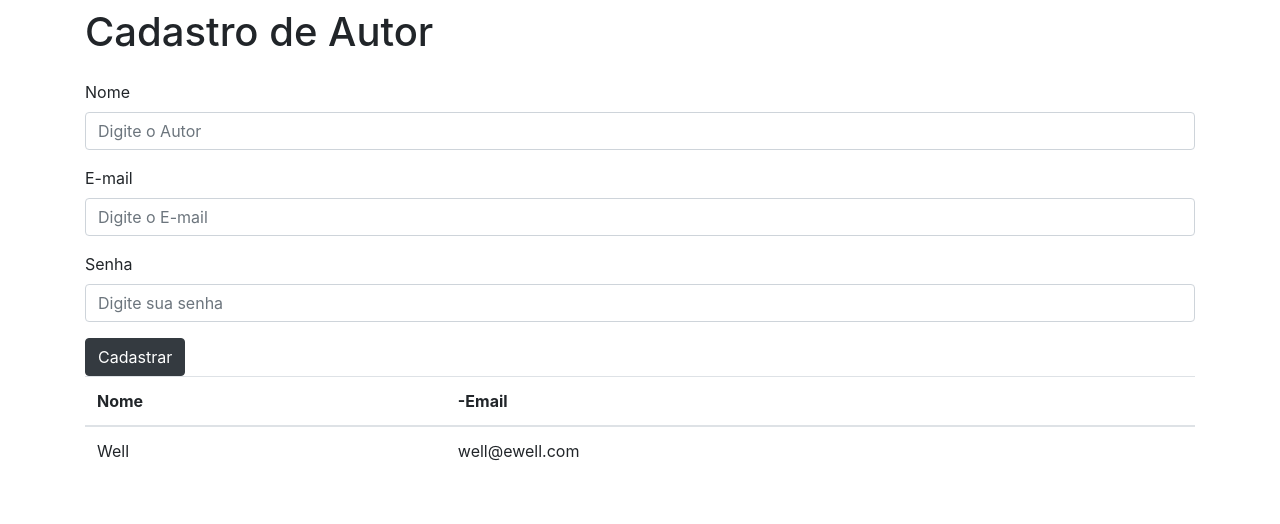
Repository: wellersonfc/simple-crud-react
Page: /
The author's editor kept a copy of each file at every save. The page is drawn from the files as they stood at one save, then again after the next save.
The browser window is 1280 px wide. The pictures show the whole page.
The project was rebuilt for these pictures with package versions that can differ from the ones it lists, and the page was loaded fresh each time.

Above is the page before, as saved 2019-09-22 16:13:54.

After the next save:
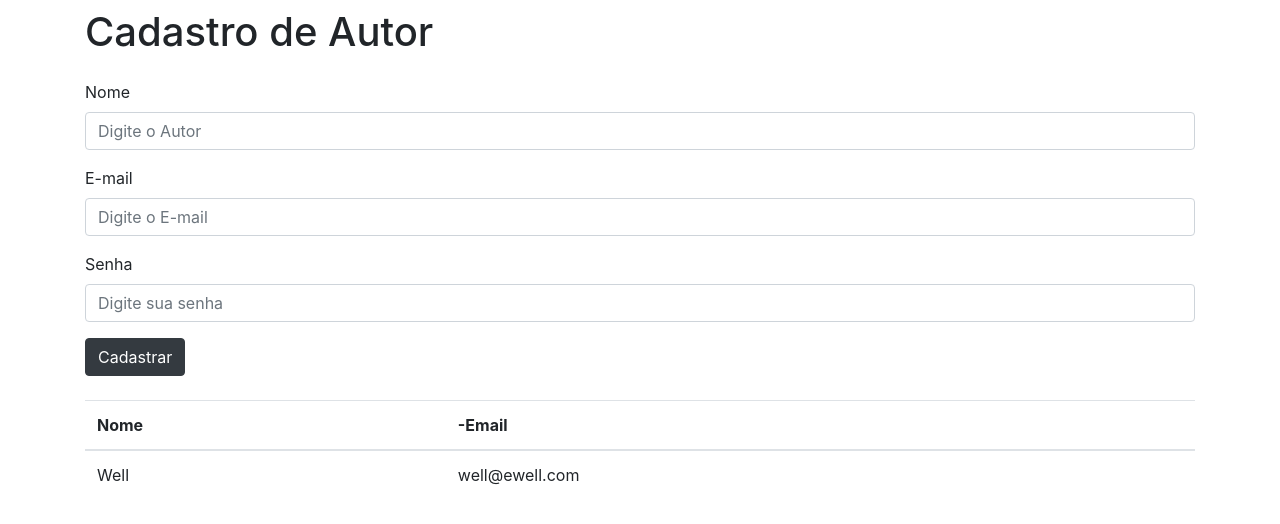
Saved 17 s later.
--- a/src/App.js
+++ b/src/App.js
@@ -31,7 +31,7 @@ class App extends Component {
             <button type="submit" class="btn btn-dark">Cadastrar</button>
           </form>
         </div>
-        <div className="listagem">
+        <div className="listagem pt-4">
           <table className="table">
             <thead>
               <tr>
